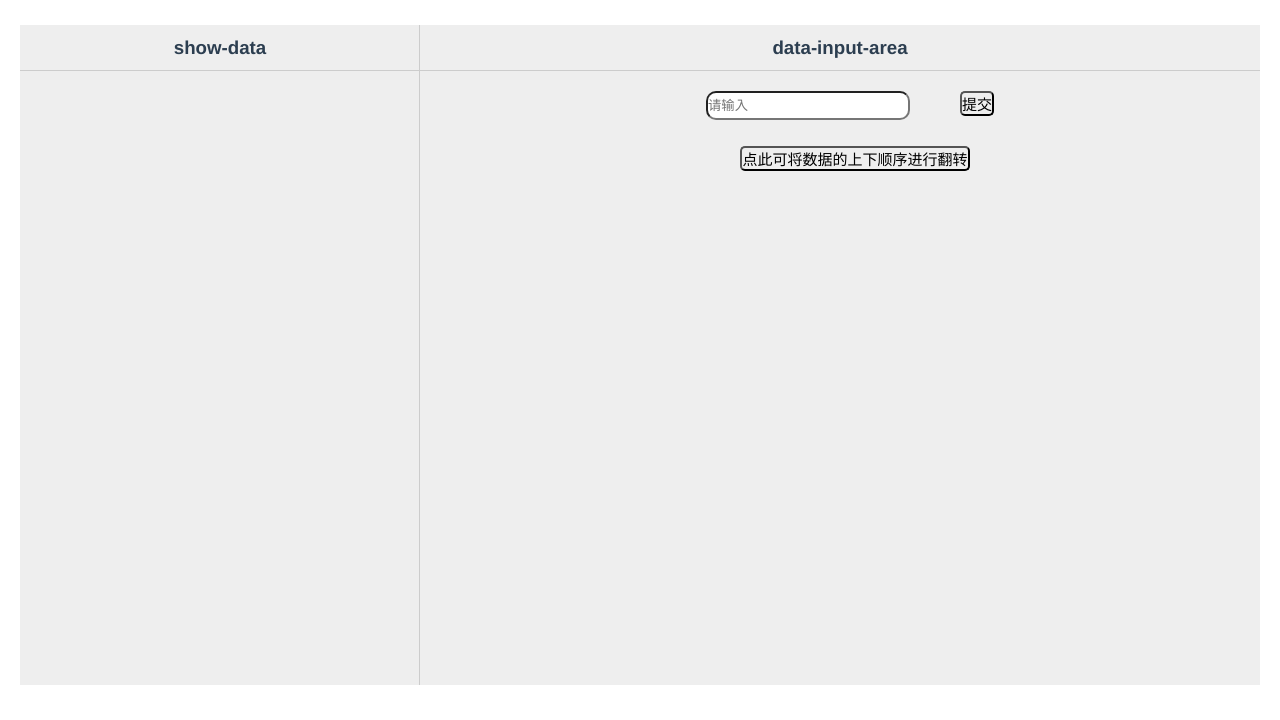
Repository: z-xy-git/demofirst
Page: /home/reverseShowData
These files come from the project's save history. The page is drawn as it stood at one moment and after the next save; the edit follows.
The browser window is 1280 px wide. The pictures show the whole page.
The project was rebuilt for these pictures with package versions that can differ from the ones it lists, and the page was loaded fresh each time.

Above is the page before, as saved 2021-03-01 14:59:06.

### src/App.vue
<template>
  <div id="app">
    <router-view/>
  </div>
</template>

<style>
#app {
  font-family: Avenir, Helvetica, Arial, sans-serif;
  -webkit-font-smoothing: antialiased;
  -moz-osx-font-smoothing: grayscale;
  text-align: center;
  color: #2c3e50;
}
body{
  background-color: #fff;
}
#nav {
  padding: 30px;
}

#nav a {
  font-weight: bold;
  color: #2c3e50;
}

#nav a.router-link-exact-active {
  color: #42b983;
}
</style>

### src/router/index.js
import Vue from 'vue'
import VueRouter from 'vue-router'
import Home from '../views/Home.vue'
import ShowData from '../views/ShowData.vue'
import ReverseShowData from '../views/ReverseShowData.vue'

Vue.use(VueRouter)

const originalPush = VueRouter.prototype.push;
VueRouter.prototype.push = function push(location) {
    return originalPush.call(this, location).catch(err => err)
}

const routes = [
  {
    path: '',
    redirect: '/home'
  },
  {
    path: '/home',
    name: 'Home',
    component: Home,
    children:[
      {
        path: 'showData',
        component: ShowData
      },
      {
        path: 'reverseShowData',
        component: ReverseShowData
      }
    ]
  },
  // {
    // path: '/showData',
    // name: 'ShowData',
    // route level code-splitting
    // this generates a separate chunk (about.[hash].js) for this route
    // which is lazy-loaded when the route is visited.
    // component: () => import(/* webpackChunkName: "about" */ '../views/ShowData.vue')
  // }
]

const router = new VueRouter({
  mode: 'history',
  base: process.env.BASE_URL,
  routes
})

export default router

### src/store/index.js
import Vue from 'vue'
import Vuex from 'vuex'
import getters from './getters'
import mutations from './mutation'

Vue.use(Vuex)

export default new Vuex.Store({
  state: {
    dataArr: []
  },
  getters,
  mutations,
  actions: {
  },
  modules: {
  }
})

### src/views/Home.vue
<template>
  <div class="home">
    <div class="left">
      <div class="left-top"><h3>show-data</h3></div>
    </div>
    <router-view/>
    <div class="right">
      <div class="right-title"><h3>data-input-area</h3></div>
      <div class="right-input">
        <input type="text" v-model="inputData"
          placeholder="请输入"
          class="input-style"
          onmouseover="this.select()">
        <button @click="btnclick" class="btn-style">提交</button>
      </div>
      <div class="right-reverse-btn">
        <button @click="reverseItemData" class="btn-style">点此可将数据的上下顺序进行翻转</button>
      </div>
    </div>
  </div>
</template>

<script>
// @ is an alias to /src

export default {
  name: 'Home',
  components: {
  },
  data(){
    return{
      inputData: '',
      isgoReverse: true
    }
  },
  methods:{
    btnclick() {
      this.$store.commit('addData',this.inputData);
      this.$router.push('/home/showData');
    },
    reverseItemData(){
      if(this.isgoReverse){
        this.$router.push('/home/reverseShowData');
        this.isgoReverse = false;
      }
      else{
        this.$router.push('/home/showData');
        this.isgoReverse = true;
      }
    }
  }
}
</script>
<style>
  *{
    margin: 0;
    padding: 0;
  }
  .home{
    width: 100%;
    height: 100%;
  }
  .left{
    position: absolute;
    left: 20px;
    top: 25px;
    width: 400px;
    height: 660px;
    background-color: #eee;
  }
  .left-top{
    height: 45px;
    line-height: 45px;
    text-align: center;
    border-bottom: 1px solid #ccc;
  }
  .right{
    position: absolute;
    right: 20px;
    top: 25px;
    width: calc(100% - 440px);
    height: 660px;
    border-left: 1px solid #ccc;
    background-color: #eee;
  }
  .right-title{
    height: 45px;
    line-height: 45px;
    text-align: center;
    border-bottom: 1px solid #ccc;
  }
  .input-style{
    margin: 20px;
    outline: none;
    border-radius: 10px;
    width: 200px;
    height: 25px;
  }
  .btn-style{
    margin: 0 0 30px 30px;
    outline: none;
    border-radius: 5px;
    background-color: rgba(238, 238, 238, 0.116);
    font-size: 15px;
  }
</style>

### src/views/ShowData.vue
<template>
  <div class="show-data">
    <h4>show-data</h4>
    <p class="p" v-for="(item,index) in this.dataArr" :key="index">{{item}}</p>
  </div>
</template>

<script>
import {mapState} from 'vuex'

export default {
  name:'ShowData',
  computed:{
    ...mapState(['dataArr'])
  }
}
</script>

<style>
.show-data{
    position: absolute;
    left: 20px;
    top: 50px;
    width: 300px;
    height: 600px;
    background-color: #888;
    color: #fff;
  }
</style>

### src/views/ReverseShowData.vue
<template>
  <div class="show-data">
    <ul class="data-ul">
      <li v-for="(item, index) in reverseDataArr" :key="index">{{item}}</li>
    </ul>
  </div>
</template>

<script>
import {mapGetters} from 'vuex'

export default {
  name:'ReverseShowData',
  computed:{
    ...mapGetters(['dataArr']),
    reverseDataArr(){
      let data = JSON.parse(JSON.stringify(this.dataArr))
      return data.reverse();
    }
  }
}
</script>

<style scoped>
.show-data{
  position: absolute;
  left: 20px;
  top: 71px;
  width: 400px;
  height: 614px;
  background-color: #eee;
  color: #333;
  }
.data-ul{
  width: 100%;
  height: 100%;
  }
.data-ul li{
  list-style: none;
  height: 35px;
  line-height: 35px;
  border-bottom: 1px solid #ddd;
}
</style>

### src/store/getters.js
export default {
  dataArr(state){
    return state.dataArr;
  }
}

### src/store/mutation.js
export default {
  addData(state, payload){
    state.dataArr.push(payload);
  }
}

Loaded but not shown: public/index.html (common file); src/main.js (common file)

After the next save:
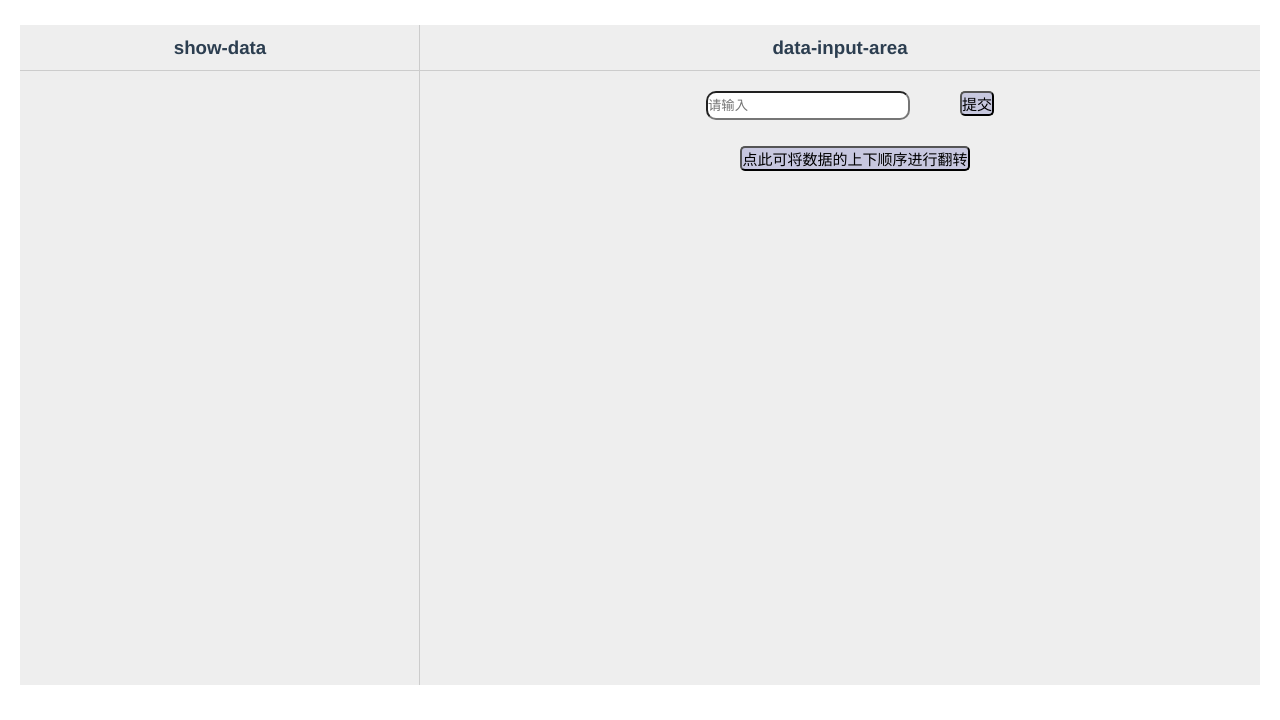
Saved 38 s later.
--- a/src/views/Home.vue
+++ b/src/views/Home.vue
@@ -100,7 +100,7 @@ export default {
     margin: 0 0 30px 30px;
     outline: none;
     border-radius: 5px;
-    background-color: rgba(238, 238, 238, 0.116);
+    background-color: rgba(67, 69, 173, 0.226);
     font-size: 15px;
   }
 </style>
